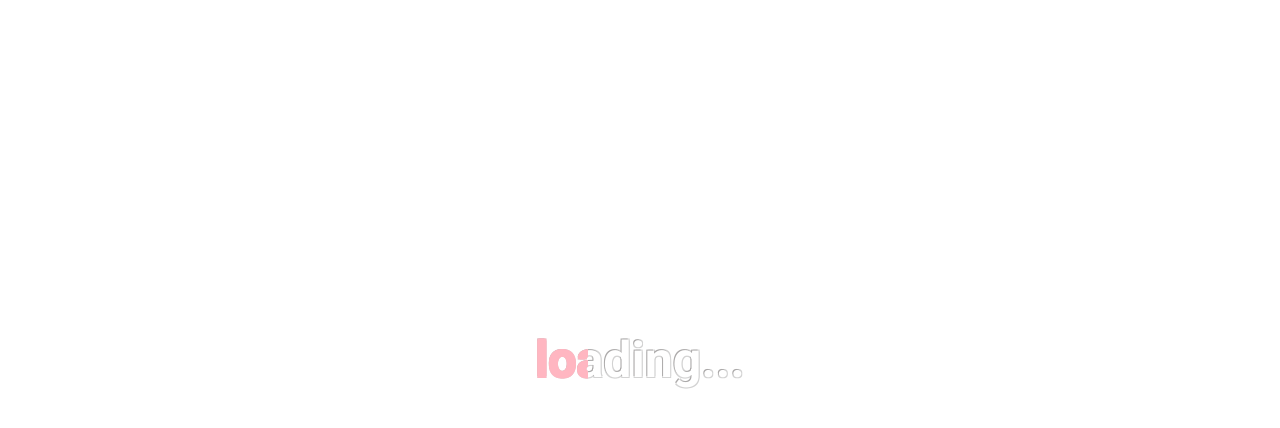
Repository: safak/animation
Page: index-4.html
An editor plug-in stored every save of this project. The page is shown before and after the next save, followed by the edit.
The browser window is 1280 px wide. The pictures show the whole page.

Above is the page before, as saved 2020-12-17 00:47:36.

### index-4.html
<html lang="en">
  <head>
    <meta charset="UTF-8" />
    <meta name="viewport" content="width=device-width, initial-scale=1.0" />
    <link rel="stylesheet" href="style.css" />
    <link
      href="https://fonts.googleapis.com/css2?family=Roboto:wght@300;400;500;700;900&display=swap"
      rel="stylesheet"
    />
    <link
      rel="stylesheet"
      href="https://cdnjs.cloudflare.com/ajax/libs/font-awesome/5.15.1/css/all.min.css"
      integrity="sha512-+4zCK9k+qNFUR5X+cKL9EIR+ZOhtIloNl9GIKS57V1MyNsYpYcUrUeQc9vNfzsWfV28IaLL3i96P9sdNyeRssA=="
      crossorigin="anonymous"
    />
    <title>Document</title>
  </head>
  <body>
    <div class="container">
      <h1>loading...</h1>
    </div>
    </div>
  </body>
</html>

### style.css
* {
  margin: 0;
}

body {
  display: flex;
  align-items: center;
  justify-content: center;
  font-family: "Roboto", sans-serif;
}

.container {
  width: 300px;
  height: 300px;
  display: flex;
  flex-direction: column;
  align-items: center;
  justify-content: center;
}

/* PAGE1

h1{
  color: coral;
}

.circle-container {
  display: flex;
}

.circle {
  width: 20px;
  height: 20px;
  border-radius: 50%;
  margin: 10px;
  animation: loading 1s infinite;
  opacity: 0;
}

.circle-1{
  background-color: tomato;
}

.circle-2{
  background-color: salmon;
}

.circle-3{
  background-color: coral;
}

@keyframes loading {
  100% {
    opacity: 1;
  }
} */

/* PAGE2

h1 {
  color: coral;
}

.circle-container {
  display: flex;
}

.circle {
  width: 20px;
  height: 20px;
  border-radius: 50%;
  margin: 10px;
  animation: loading .5s infinite alternate;
}

.circle-1 {
  background-color: tomato;
}

.circle-2 {
  background-color: salmon;
}

.circle-3 {
  background-color: coral;
}

@keyframes loading {
  25% {
    transform: translate(10px, -10px);
  }
  50% {
    transform: translate(20px, -20px);
  }
  75% {
    transform: translate(30px, -10px);
  }
  100% {
    transform: translate(30px, 0px);
  }
} */

/* PAGE3

h1 {
  color: coral;
  font-weight: 300;
  margin-top: ;
}

.circle-container {
  display: flex;
  border-bottom: 2px solid lightcoral;
  padding: 0px;
}

.circle {
  width: 20px;
  height: 20px;
  border-radius: 50%;
  margin: 0px 10px;
  animation: loading 0.5s infinite alternate;
}

.circle-1 {
  background-color: tomato;
}

.circle-2 {
  background-color: salmon;
  animation-delay: 0.1s;
}

.circle-3 {
  background-color: coral;
  animation-delay: .2s;
}

@keyframes loading {
  100% {
    transform: translateY(-100px);
  }
} */

/* PAGE3 */

.container {
  width: max-content;
  height: max-content;
}

h1 {
  font-size: 50px;
  width: 100%;
  height: 100%;
  display: flex;
  align-items: center;
  justify-content: center;
  text-shadow: -1px -1px 0 rgb(172, 170, 170), 1px -1px 0 lightgrey, -1px 1px 0 lightgrey,
    1px 1px 0 lightgrey;
  color: white;
  position: relative;
}

h1::before {
  content: "loading...";
  color: lightpink;
  top: 0;
  left: 0;
  width: 0%;
  position: absolute;
  animation: move 4s linear infinite;
  overflow: hidden;
  text-shadow: -1px -1px 0 lightpink, 1px -1px 0 lightpink, -1px 1px 0 lightpink,
  1px 1px 0 lightpink;
}

@keyframes move {
  100% {
    width: 100%;
  }
}

After the next save:
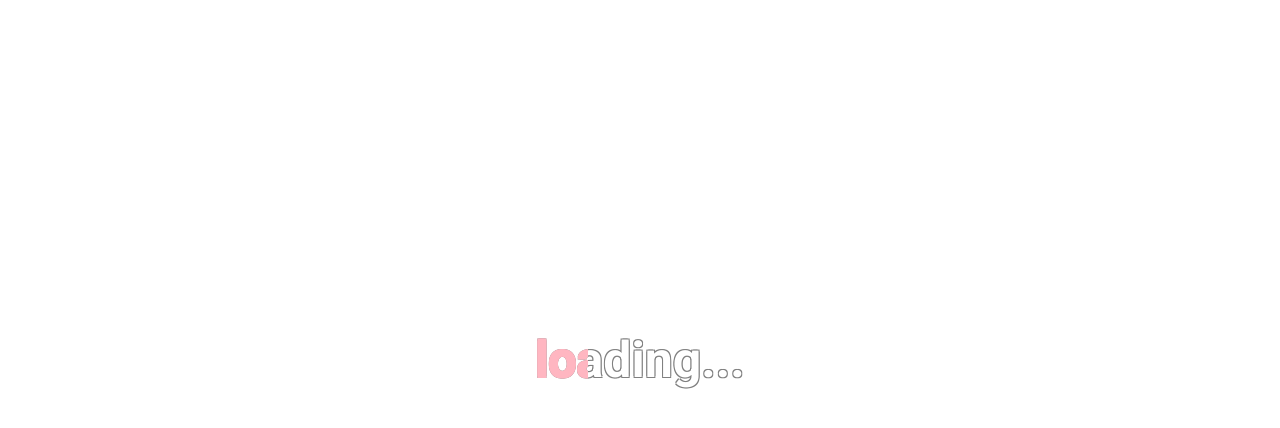
Saved 7 s later.
--- a/style.css
+++ b/style.css
@@ -156,8 +156,8 @@ h1 {
   display: flex;
   align-items: center;
   justify-content: center;
-  text-shadow: -1px -1px 0 rgb(172, 170, 170), 1px -1px 0 lightgrey, -1px 1px 0 lightgrey,
-    1px 1px 0 lightgrey;
+  text-shadow: -1px -1px 0 gray, 1px -1px 0 gray, -1px 1px 0 gray,
+    1px 1px 0 gray;
   color: white;
   position: relative;
 }
